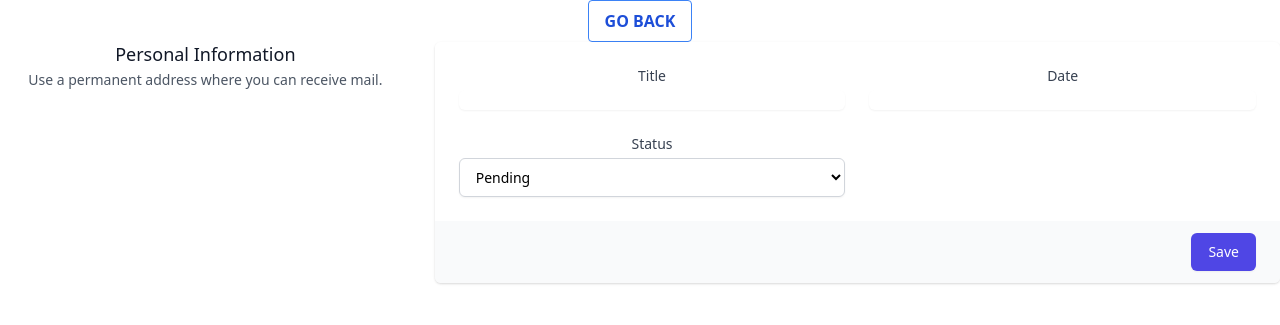
Repository: maikeru-desu/parking-lot
Page: /add (app in parking-lot-fe/)
The author's editor kept a copy of each file at every save. The page is drawn from the files as they stood at one save, then again after the next save.
The browser window is 1280 px wide. The pictures show the whole page.
The project was rebuilt for these pictures with package versions that can differ from the ones it lists, and the page was loaded fresh each time. Also part of the build but not shown: parking-lot-fe/craco.config.js, parking-lot-fe/src/redux/actions.js, parking-lot-fe/src/pages/Home.js.

Above is the page before, as saved 2021-10-14 03:16:44.

### parking-lot-fe/src/index.js
import React from 'react';
import ReactDOM from 'react-dom';
import './index.css';
import App from './App';
import {Provider} from "react-redux";
import {BrowserRouter} from "react-router-dom";
import reportWebVitals from './reportWebVitals';
import store from './redux/store';

ReactDOM.render(
    <React.StrictMode>
        <BrowserRouter>
            <Provider store={store}>
                <App />
            </Provider>
        </BrowserRouter>
    </React.StrictMode>,
    document.getElementById('root')
);

// If you want to start measuring performance in your app, pass a function
// to log results (for example: reportWebVitals(console.log))
// or send to an analytics endpoint. Learn more: https://bit.ly/CRA-vitals
reportWebVitals();

### parking-lot-fe/src/App.js
import logo from './logo.svg';
import './App.css';
import {Switch, Route} from "react-router-dom";
import Home from './pages/Home';
import Add from './pages/Add';

function App() {
  return (
    <div className="App">
        <Switch>
            <Route exact path="/" component={Home} />
            <Route exact path="/add" component={Add} />
        </Switch>
    </div>
  );
}

export default App;

### parking-lot-fe/src/redux/store.js
import {createStore, applyMiddleware} from "redux";
import logger from "redux-logger";
import reduxThunk from "redux-thunk";
import rootReducer from "./root-reducer";

const middlewares = [reduxThunk];

if (process.env.NODE_ENV === "development") {
    middlewares.push(logger)
}

const store = createStore(rootReducer, applyMiddleware(...middlewares));

export default store;

### parking-lot-fe/src/pages/Add.js
import React, {useState} from 'react'
import { useHistory } from 'react-router-dom';

const Add = () => {
    const [state, setState] = useState({
        title: "",
        date: "",
        status: ""
    });

    let history = useHistory();

    const {title, date, status} = state;
    return (
        <div>
            <button onClick={ () => history.push("/") } class="bg-transparent hover:bg-blue-500 text-blue-700 font-semibold hover:text-white py-2 px-4 border border-blue-500 hover:border-transparent rounded">
                GO BACK
            </button>
            <div className="mt-10 sm:mt-0">
                <div className="md:grid md:grid-cols-3 md:gap-6">
                    <div className="md:col-span-1">
                        <div className="px-4 sm:px-0">
                            <h3 className="text-lg font-medium leading-6 text-gray-900">Personal Information</h3>
                            <p className="mt-1 text-sm text-gray-600">Use a permanent address where you can receive mail.</p>
                        </div>
                    </div>
                    <div className="mt-5 md:mt-0 md:col-span-2">
                        <form action="#" method="POST">
                            <div className="shadow overflow-hidden sm:rounded-md">
                                <div className="px-4 py-5 bg-white sm:p-6">
                                    <div className="grid grid-cols-6 gap-6">
                                        <div className="col-span-6 sm:col-span-3">
                                            <label htmlFor="first-name" className="block text-sm font-medium text-gray-700">
                                                Title
                                            </label>
                                            <input
                                                type="text"
                                                name="title"
                                                id="title"
                                                value={title}
                                                type={title}
                                                className="mt-1 focus:ring-indigo-500 focus:border-indigo-500 block w-full shadow-sm sm:text-sm border-gray-300 rounded-md"
                                            />
                                        </div>
                                        <div className="col-span-6 sm:col-span-3">
                                            <label htmlFor="last-name" className="block text-sm font-medium text-gray-700">
                                                Date
                                            </label>
                                            <input
                                                type="date"
                                                name="date"
                                                id="date"
                                                value={date}
                                                type={date}
                                                className="mt-1 focus:ring-indigo-500 focus:border-indigo-500 block w-full shadow-sm sm:text-sm border-gray-300 rounded-md"
                                            />
                                        </div>
                                        <div className="col-span-6 sm:col-span-3">
                                            <label htmlFor="country" className="block text-sm font-medium text-gray-700">
                                                Status
                                            </label>
                                            <select
                                                id="status"
                                                name="status"
                                                autoComplete="status"
                                                className="mt-1 block w-full py-2 px-3 border border-gray-300 bg-white rounded-md shadow-sm focus:outline-none focus:ring-indigo-500 focus:border-indigo-500 sm:text-sm"
                                            >
                                                <option value="0">Pending</option>
                                                <option value="2">Ongoing</option>
                                                <option value="1">Done</option>
                                            </select>
                                        </div>
                                    </div>
                                </div>
                                <div className="px-4 py-3 bg-gray-50 text-right sm:px-6">
                                    <button
                                        type="submit"
                                        className="inline-flex justify-center py-2 px-4 border border-transparent shadow-sm text-sm font-medium rounded-md text-white bg-indigo-600 hover:bg-indigo-700 focus:outline-none focus:ring-2 focus:ring-offset-2 focus:ring-indigo-500"
                                    >
                                        Save
                                    </button>
                                </div>
                            </div>
                        </form>
                    </div>
                </div>
            </div>
        </div>
    )
}

export default Add

### parking-lot-fe/src/redux/root-reducer.js
import {combineReducers} from "redux";
import eventsReducers from "./reducer";

const rootReducer = combineReducers({
    events: eventsReducers
});

export default rootReducer;

### parking-lot-fe/src/redux/reducer.js
import * as types from "./actionType";

const initialState = {
    events: [],
    event: {},
    loading: true
}

const eventsReducers = (state = initialState, action) => {
    switch (action.type) {
        case types.GET_EVENTS:
            return {
                ...state,
                events: action.payload,
                loading: false,
            };
        case types.DELETE_EVENT:
            return {
                ...state,
                loading: false,
            }
        default:
            return state;
    }
}

export default eventsReducers;

### parking-lot-fe/src/redux/actionType.js
export const GET_EVENTS = "GET_EVENTS";
export const DELETE_EVENT = "DELETE_EVENT";

Loaded but not shown: parking-lot-fe/src/index.css (common file); parking-lot-fe/src/reportWebVitals.js (common file); parking-lot-fe/src/App.css (common file); parking-lot-fe/tailwind.config.js (common file)

After the next save:
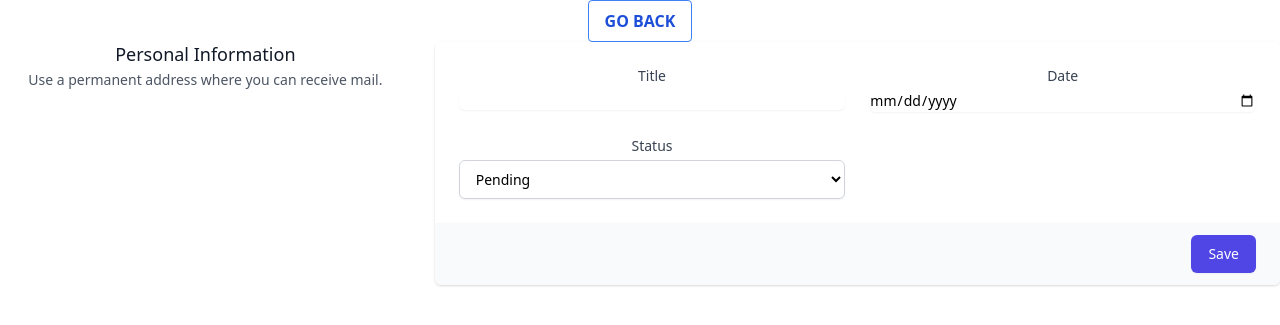
Saved 58 s later.
--- a/parking-lot-fe/src/pages/Add.js
+++ b/parking-lot-fe/src/pages/Add.js
@@ -51,7 +51,6 @@ const Add = () => {
                                                 name="date"
                                                 id="date"
                                                 value={date}
-                                                type={date}
                                                 className="mt-1 focus:ring-indigo-500 focus:border-indigo-500 block w-full shadow-sm sm:text-sm border-gray-300 rounded-md"
                                             />
                                         </div>
